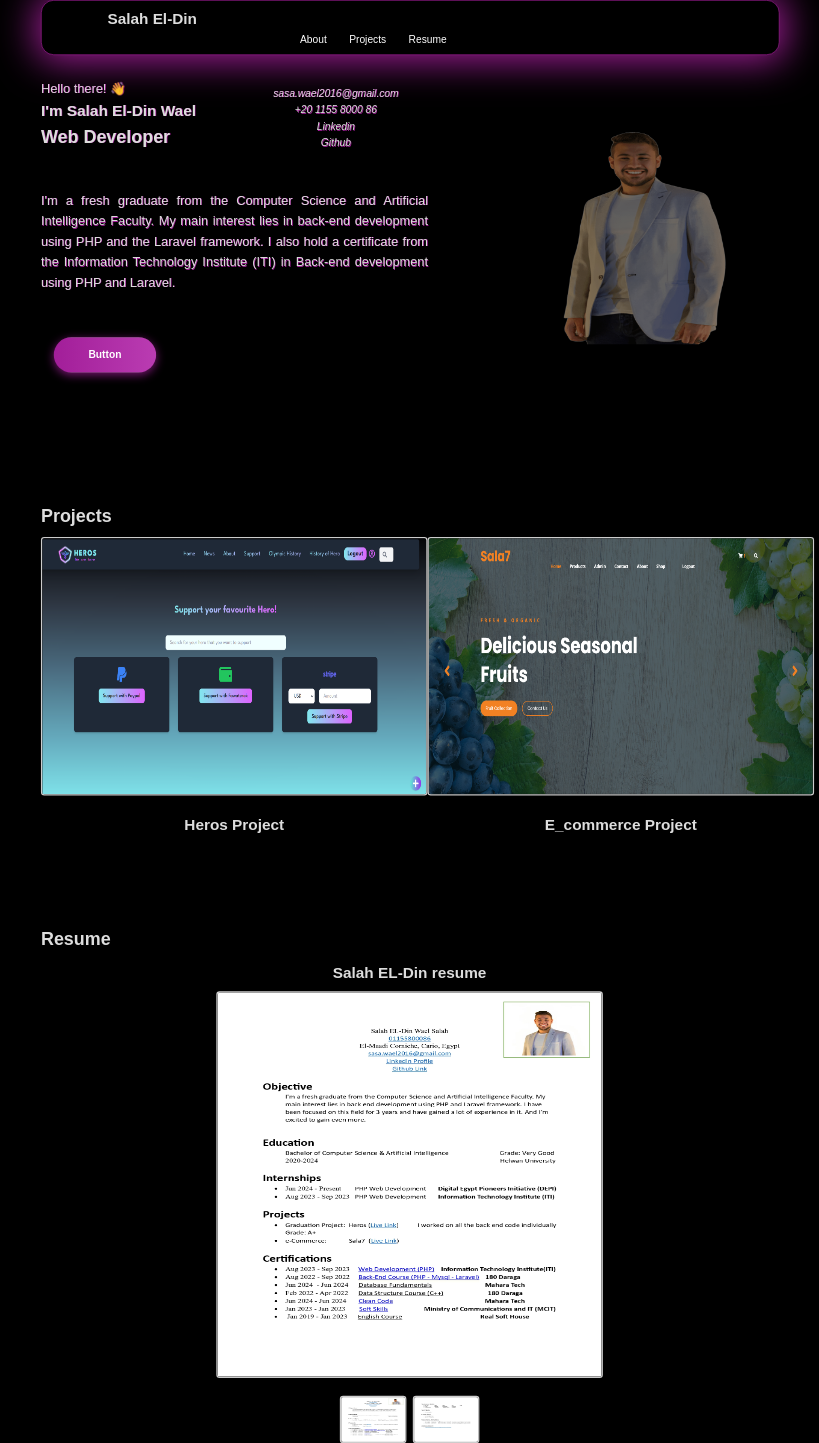
Repository: Salah-Wael/Salah-EL-Din-Portfolio
Page: index.html
The author's editor kept a copy of each file at every save. The page is drawn from the files as they stood at one save, then again after the next save.
The browser window is 1280 px wide. The pictures show the whole page, at 64% of full size.

Above is the page before, as saved 2024-07-28 04:05:21.

### index.html
<!DOCTYPE html>
<html lang="en">
<head>
  <meta charset="UTF-8">
  <meta name="viewport" content="width=device-width, initial-scale=1.0">
  <title>Salah EL-Din Portfolio</title>
  <link rel="stylesheet" href="./style.css">

</head>
<body>
  <header>
    <nav>
      <h1>Salah El-Din</h1>
      <ul>
        <li><a href="#about">About</a></li>
        <li><a href="#projects">Projects</a></li>
        <li><a href="#resume">Resume</a></li>
      </ul>
    </nav>
  </header>
  <section id="about">
    <div class="about">
      <div class="content">
        <div class="info">
          <div class="intro">
            <p>Hello there! 👋</p>
            <h1>I'm Salah El-Din Wael</h1>
            <h2>Web Developer</h2>
          </div>
          <div class="contact">
            <address>
              <a href="mailto:sasa.wael2016@gmail.com">sasa.wael2016@gmail.com</a><br>
              <a href="https://api.whatsapp.com/send/?phone=%2B201155800086" target="_blank">+20 1155 8000 86</a><br>
              <a href="https://www.linkedin.com/in/salah-eldin" target="_blank">Linkedin</a><br>
              <a href="https://github.com/Salah-Wael" target="_blank">Github</a><br>
            </address>
          </div>
        </div>
          <p class="discription">I'm a fresh graduate from the Computer Science and Artificial Intelligence Faculty.
          My main interest lies in back-end development using PHP and the Laravel framework.
          I also hold a certificate from the Information Technology Institute (ITI) in Back-end development using PHP and Laravel.</p>
        <a href=""><button class="bn632-hover bn22">Button</button></a>


      </div>
      <div class="main-img">
        <img src="./img/me/sasag.png" alt="Salah EL-Din">
      </div>
    </div>
  </section>
  <section id="projects">

    <h2>Projects</h2>
    <div class="projects">
      <div class="projects-container">
        <a href="https://heros.rf.gd/" target="_blank">
          <div class="project">
            <div class="image-display">
              <img id="heros" src="img/projects/heros registration.png" alt="heros registration">
            </div>
            <h3>Heros Project</h3>
          </div>
        </a>
      </div>
      <div class="projects-container">
        <a href="https://sala7.great-site.net/" target="_blank">
          <div class="project">
            <div class="image-display">
              <img id="ecommerce" src="img/projects/ecommerce home.png" alt="Sala7 E_commerce">

            </div>
            <h3>E_commerce Project</h3>
          </div>
        </a>
      </div>
    </div>
  </section>
  <section id="resume">
    <h2>Resume</h2>
    <div class="cv-container">
      <div class="project">
        <h3>Salah EL-Din resume</h3>
        <div class="image-display">
          <img id="CV" src="img/CV/Salah EL-Din resume_page-0001.jpg" alt="Salah EL-Din resume">
        </div>
        <div class="thumbnails">
          <img src="img/CV/Salah EL-Din resume_page-0001.jpg" alt="Salah EL-Din resume"
          onclick="swapImage('img/CV/Salah EL-Din resume_page-0001.jpg')">

          <img src="img/CV/Salah EL-Din resume_page-0002.jpg" alt="Salah EL-Din resume"
          onclick="swapImage('img/CV/Salah EL-Din resume_page-0002.jpg')">

        </div>
      </div>
    </div>
  </section>
</body>

<script>
    document.addEventListener('DOMContentLoaded', (event) => {
      const herosImages = [
        'img/projects/heros registration.png',
        'img/projects/heros create news.png',
        'img/projects/heros payment.png'
      ];
      const ecommerceImages = [
        'img/projects/ecommerce home.png',
        'img/projects/products.png'
      ];

      let currentHerosIndex = 0;
      const herosImage = document.getElementById('heros');

      function swapHerosImage() {
        currentHerosIndex = (currentHerosIndex + 1) % herosImages.length;
        herosImage.src = herosImages[currentHerosIndex];
      }
      setInterval(swapHerosImage, 2000); // Change image every 2 seconds

      let currentEcommerceIndex = 0;
      const ecommerceImage = document.getElementById('ecommerce');

      function swapEcommerceImage() {
        currentEcommerceIndex = (currentEcommerceIndex + 1) % ecommerceImages.length;
        ecommerceImage.src = ecommerceImages[currentEcommerceIndex];
      }

      setInterval(swapEcommerceImage, 2000); // Change image every 2 seconds
    });



    function swapImage(newSrc) {
      document.getElementById('CV').src = newSrc;
    }
  </script>
</html>

### style.css
/* Reset some basic styles */
*{
  margin: 0;
  padding: 0;
  list-style: none;
  text-decoration: none;
  color:#dddddd;
  font-family: Arial, sans-serif;
}

/* General body styling */
body {
  font-family: Arial, sans-serif;
  line-height: 1.6;
  background-color: black;
}

/* Styling for navigation bar */
header{
  height: 10vh;
  width: 100%;

}

:root {
  --main-color: #a21e99;
  --secondary-color: #2ecc71;
  --font-size: 16px;
}

nav {
  background-color: black;
  border: 1px solid var(--main-color) ;
  box-shadow: 1px 1px 60px 8px var(--main-color) ;
  z-index: 1;
  border-radius: 20px;
  color: white;
  width: 90%;
  margin-left: 5%;
  display: flex;
  flex-wrap: wrap;
  justify-content: space-between;
  align-items: center;
  padding: 10px 0px;
  margin-bottom: 50px;
  position: fixed;
}

nav h1 {
  width: 30%;
  text-align: center;
  font-size: 24px;
}

nav ul {
  display: flex;
  justify-content: center;
  width: 90%;
  gap: 15px;
}

nav ul li {
  list-style: none;
}

nav ul li a {
  color: white;
  text-decoration: none;
  padding: 5px 10px;
}

nav ul li a:hover {
  color: var(--main-color);
  transition: 0.5s;
}

/* Section styling */
section {
  /* padding: 20px; */
  margin-top: 50px;
  width: 90%;
  margin-left: 5%;
  height: 85vh;
}

section h2 {
  font-size: 28px;
  margin-bottom: 10px;
}

section p {
  font-size: 24px;
}

/* about section styling */
.about{
  display: flex;
  justify-content: space-around;
  align-items: center;
  margin: 0, 20px, 20px, 20px;
}

.about .content{
  width: 70%;
  height: 100%;
}

.about .content{
  text-shadow: 1px 1px 1px #a21e99;
}

.about .content .info{
  display: flex;
  flex-wrap: wrap;
  align-items: center;
}

.about .content .info .intro{
  width: 45%;
}

.content .discription{
  margin: 50px 0;
}

.contact address{
  text-align: center;
}

.about div p{
  width: 75%;
  font-size: 20px;
  text-align: justify;
}

.bn632-hover {
  width: 160px;
  font-size: 16px;
  font-weight: 600;
  color: #fff;
  cursor: pointer;
  margin: 20px;
  height: 55px;
  text-align:center;
  border: none;
  background-size: 300% 100%;
  border-radius: 50px;
  moz-transition: all .4s ease-in-out;
  -o-transition: all .4s ease-in-out;
  -webkit-transition: all .4s ease-in-out;
  transition: all .4s ease-in-out;
}

.bn632-hover:hover {
  background-position: 100% 0;
  moz-transition: all .4s ease-in-out;
  -o-transition: all .4s ease-in-out;
  -webkit-transition: all .4s ease-in-out;
  transition: all .4s ease-in-out;
}

.bn632-hover:focus {
  outline: none;
}

.bn632-hover.bn22 {
  background-image: linear-gradient(
    to right,
    #a21e99,
    #ba3cb2,
    #dd30d8,
    #b62bb6
  );
  box-shadow: 0 4px 15px 0 rgba(162, 30, 153, 0.75);
}

.about .main-img{
  width: 30%;
  height: 100%;

}

.about div img{
  width: 300px;
  height: 300px;
  animation: salah 2s linear infinite;
  -webkit-animation: salah 2s linear infinite;
  /* box-shadow: 1px 1px 1px 0px rgba(162, 30, 153, 0.75) ; */

}

@keyframes salah {
  0%{
    opacity: 0;
    transform: scale(0.5);

  }
  50%{
    opacity: 0.5;
    transform: scale(1.2);
  }

  100%{
    opacity: 1;
    transform: scale(1);
  }
}


/* Projects section styling */
.projects{
  display: flex;
  justify-content: space-evenly;
}

.projects-container {
  display: flex;
  gap: 20px;
  flex-wrap: wrap;
  justify-content: center;
}
.cv-container {
  display: flex;
  gap: 20px;
  flex-wrap: wrap;
  justify-content: center;
}

.project {
  text-align: center;
}

.project h3 {
  font-size: 24px;
  margin-bottom: 10px;
}

.image-display {
  margin-bottom: 20px;

}

#projects .image-display img {
  width: 600px;
  height: 400px;
  border: 2px solid #ccc;
  border-radius: 5px;
  box-shadow: 0 2px 5px rgba(0, 0, 0, 0.1);
}

#resume{
  height: 110vh;
}
#resume .image-display img {
  width: 600px;
  height: 600px;
  border: 2px solid #ccc;
  border-radius: 5px;
  box-shadow: 0 2px 5px rgba(0, 0, 0, 0.1);
}

.thumbnails {
  display: flex;
  gap: 10px;
  justify-content: center;
}

.thumbnails img {
  width: 100px;
  height: 70px;
  border: 2px solid #ccc;
  border-radius: 5px;
  cursor: pointer;
  transition: border-color 0.3s ease;
}

.thumbnails img:hover {
  border-color: #333;
}

After the next save:
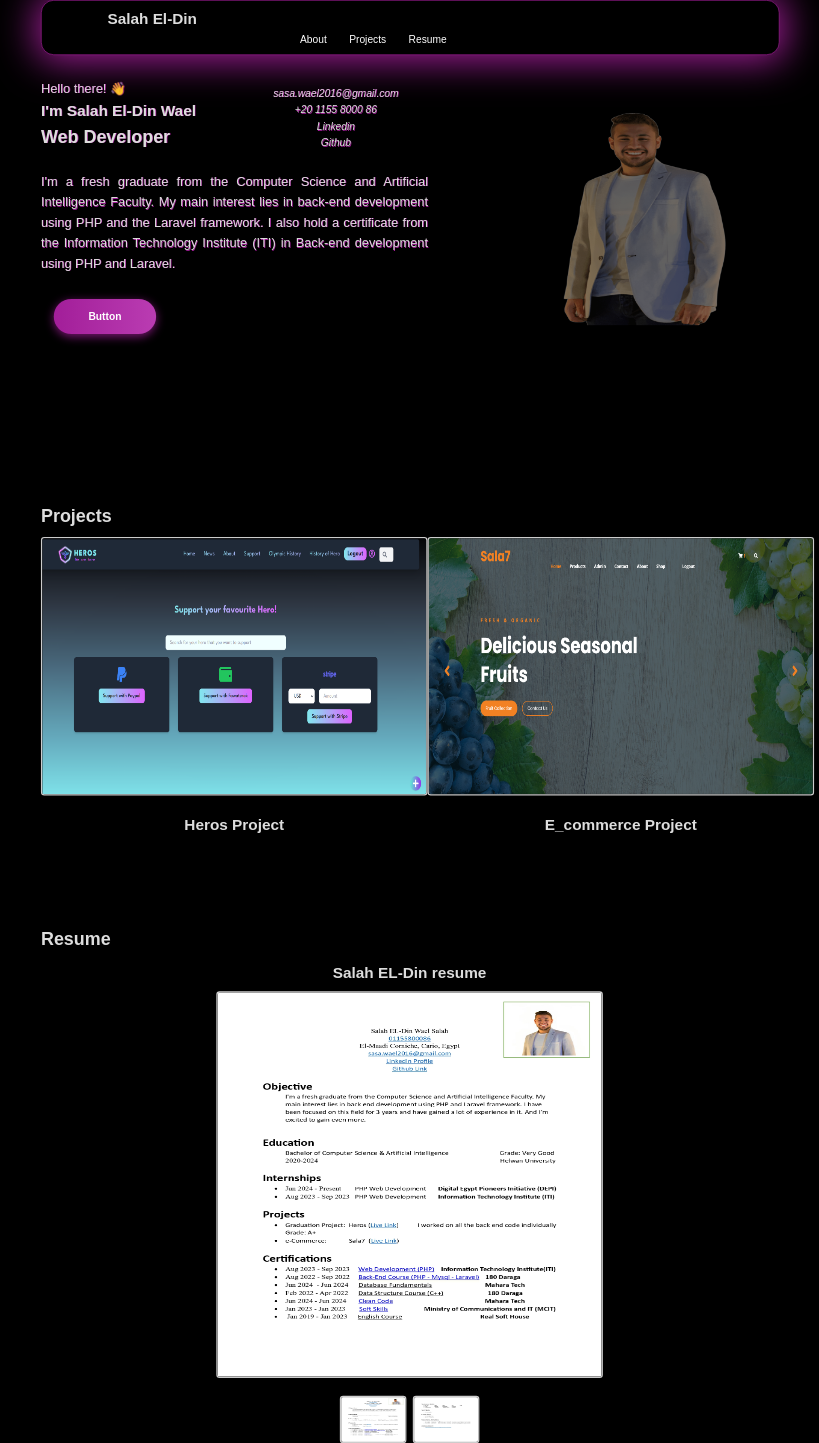
Saved 12 s later.
--- a/style.css
+++ b/style.css
@@ -120,7 +120,7 @@ section p {
 }
 
 .content .discription{
-  margin: 50px 0;
+  margin: 20px 0;
 }
 
 .contact address{
